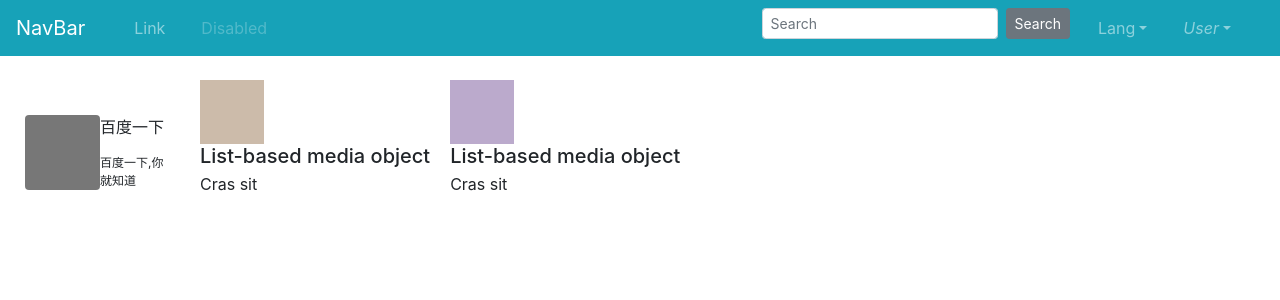
Repository: Funnyrz/vue-nav
Page: /
An editor plug-in stored every save of this project. The page is shown before and after the next save, followed by the edit.
The browser window is 1280 px wide. The pictures show the whole page.
The project was rebuilt for these pictures with package versions that can differ from the ones it lists, and the page was loaded fresh each time.

Above is the page before, as saved 2020-08-26 12:06:29.

### public/index.html
<!DOCTYPE html>
<html lang="en">
  <head>
    <meta charset="utf-8">
    <meta http-equiv="X-UA-Compatible" content="IE=edge">
    <meta name="viewport" content="width=device-width,initial-scale=1.0">
    <link rel="icon" href="<%= BASE_URL %>favicon.ico">
    <title>vue-pic</title>
  </head>
  <body>
    <noscript>
      <strong>We're sorry but vue-pic doesn't work properly without JavaScript enabled. Please enable it to continue.</strong>
    </noscript>
    <div id="app"></div>
    <!-- built files will be auto injected -->
  </body>
</html>

### src/main.js
import Vue from 'vue'
import App from './App.vue'
import 'bootstrap/dist/css/bootstrap.css'
import 'bootstrap-vue/dist/bootstrap-vue.css'
import BootstrapVue from 'bootstrap-vue'
// ES Modules syntax

// require syntax

Vue.use(BootstrapVue)
Vue.config.productionTip = false

new Vue({
  render: h => h(App),
}).$mount('#app')

### src/App.vue
<template>
  <div id="app">
    <HelloWorld msg="Welcome to Your Vue.js App" />
  </div>
</template>

<script>
import HelloWorld from "./components/HelloWorld.vue";

export default {
  name: "app",
  components: {
    HelloWorld
  }
};
</script>

<style>
.container-fluid {
  width: 80%;
}
</style>

### src/components/HelloWorld.vue
<template>
  <div class="hello">
    <div>
      <b-navbar toggleable="lg" type="dark" variant="info">
        <b-navbar-brand href="#">NavBar</b-navbar-brand>

        <b-navbar-toggle target="nav-collapse"></b-navbar-toggle>
        <b-container fluid>
          <b-collapse id="nav-collapse" is-nav>
            <b-navbar-nav>
              <b-nav-item href="#">Link</b-nav-item>
              <b-nav-item href="#" disabled>Disabled</b-nav-item>
            </b-navbar-nav>

            <!-- Right aligned nav items -->
            <b-navbar-nav class="ml-auto">
              <b-nav-form>
                <b-form-input size="sm" class="mr-sm-2" placeholder="Search"></b-form-input>
                <b-button size="sm" class="my-2 my-sm-0" type="submit">Search</b-button>
              </b-nav-form>

              <b-nav-item-dropdown text="Lang" right>
                <b-dropdown-item href="#">EN</b-dropdown-item>
                <b-dropdown-item href="#">ES</b-dropdown-item>
                <b-dropdown-item href="#">RU</b-dropdown-item>
                <b-dropdown-item href="#">FA</b-dropdown-item>
              </b-nav-item-dropdown>

              <b-nav-item-dropdown right>
                <!-- Using 'button-content' slot -->
                <template v-slot:button-content>
                  <em>User</em>
                </template>
                <b-dropdown-item href="#">Profile</b-dropdown-item>
                <b-dropdown-item href="#">Sign Out</b-dropdown-item>
              </b-nav-item-dropdown>
            </b-navbar-nav>
          </b-collapse>
        </b-container>
      </b-navbar>

      <b-container fluid>
        <div>
          <ul class="list-unstyled">
            <b-media tag="li">
              <template v-slot:aside>
                <b-img v-bind="mainProps" rounded alt="placeholder"></b-img>
                <div style="position:relative;">
                  百度一下
                 <div style="font-size:12px;bottom:0px;position:absolute;">
                  百度一下,你就知道
                </div>
                </div>

              </template>
            </b-media>

            <b-media tag="li" class="my-4">
              <template v-slot:aside>
                <b-img blank blank-color="#cba" width="64" alt="placeholder"></b-img>
              </template>

              <h5 class="mt-0 mb-1">List-based media object</h5>
              <p class="mb-0">Cras sit</p>
            </b-media>

            <b-media tag="li">
              <template v-slot:aside>
                <b-img blank blank-color="#bac" width="64" alt="placeholder"></b-img>
              </template>

              <h5 class="mt-0 mb-1">List-based media object</h5>
              <p class="mb-0">Cras sit</p>
            </b-media>
          </ul>
        </div>
      </b-container>
    </div>
  </div>
</template>

<script>
export default {
  name: "HelloWorld",
  props: {
    msg: String
  },
  data() {
    return {
      mainProps: {
        blank: true,
        blankColor: "#777",
        width: 75,
        height: 75,
        class: "m1"
      }
    };
  },
  mounted() {}
};
</script>

<!-- Add "scoped" attribute to limit CSS to this component only -->
<style scoped>
h3 {
  margin: 40px 0 0;
}
ul {
  list-style-type: none;
  padding: 0;
}
li {
  display: inline-block;
  margin: 0 10px;
}
a {
  color: #42b983;
}
</style>

After the next save:
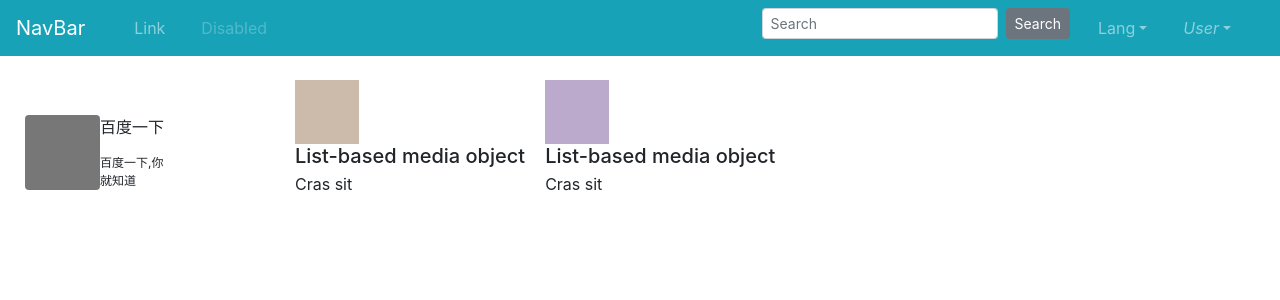
Saved 75 s later.
--- a/src/components/HelloWorld.vue
+++ b/src/components/HelloWorld.vue
@@ -42,7 +42,7 @@
       <b-container fluid>
         <div>
           <ul class="list-unstyled">
-            <b-media tag="li">
+            <b-media tag="li" style="width:20%">
               <template v-slot:aside>
                 <b-img v-bind="mainProps" rounded alt="placeholder"></b-img>
                 <div style="position:relative;">
